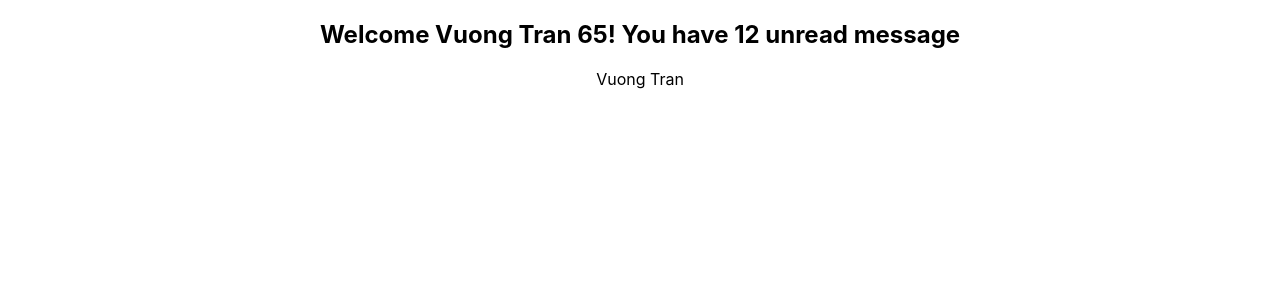
Repository: vuongtm1999/ALTA-exercise-1
Page: /
An editor plug-in stored every save of this project. The page is shown before and after the next save, followed by the edit.
The browser window is 1280 px wide. The pictures show the whole page.
The project was rebuilt for these pictures with package versions that can differ from the ones it lists, and the page was loaded fresh each time.

Above is the page before, as saved 2022-10-24 16:48:55.

### src/App.tsx
import './App.css';
import { Greet } from './components/Greet';
import { Person } from './components/Person';
import { PersonList } from './components/PersonList';

function App() {
  const personName = {
    firstName: "Vuong",
    lastName: "Tran",
  }

  const listName = [
    {
      firstName: "Vuong",
      lastName: "Tran",
    },
    {
      firstName: "Thuy",
      lastName: "Tran",
    },
    {
      firstName: "Bui",
      lastName: "Phuoc",
    }
  ]
  return (
    <div className="App">
      <Greet name="Vuong Tran 65" messageCount={12} isLoggedIn={true}  />
      <Person name={personName} />
      <PersonList names={listName} />
    </div>
  );
}

export default App;

### src/components/Greet.tsx
type Greetprops = {
    name: string
    messageCount: number
    isLoggedIn: boolean
}

const Greet = (props: Greetprops) => {
    return (
        <div>
            {props.isLoggedIn ?  <h2>Welcome {props.name}! You have {props.messageCount} unread message</h2> :
                                    <h2>Welcome guest</h2>
            }
        </div>
     );
};

export { Greet }

### src/components/Person.tsx
type PersonProps = {
    name: {
        firstName: string
        lastName: string
    }
}

export const Person = (props: PersonProps) => {
    return (
        <div>{props.name.firstName} {props.name.lastName}</div>
     );
}

### src/components/PersonList.tsx
type PersonListProps = {
    names: {
        firstName: string
        lastName: string
    }[]
}

export const PersonList = (props: PersonListProps) => {
    return (
        <div>
            {props.names.map(name => <h2>{}</h2>)}
        </div>
     );
}

Loaded but not shown: public/index.html (common file); src/index.tsx (common file); src/index.css (common file); src/reportWebVitals.ts (common file); src/App.css (common file)

After the next save:
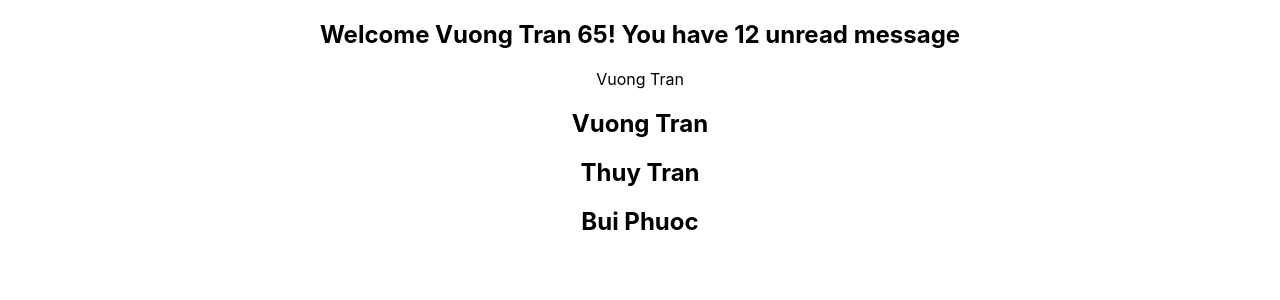
Saved 12 s later.
--- a/src/components/PersonList.tsx
+++ b/src/components/PersonList.tsx
@@ -8,7 +8,7 @@ type PersonListProps = {
 export const PersonList = (props: PersonListProps) => {
     return (
         <div>
-            {props.names.map(name => <h2>{}</h2>)}
+            {props.names.map(name => <h2>{name.firstName} {name.lastName}</h2>)}
         </div>
      );
 }
